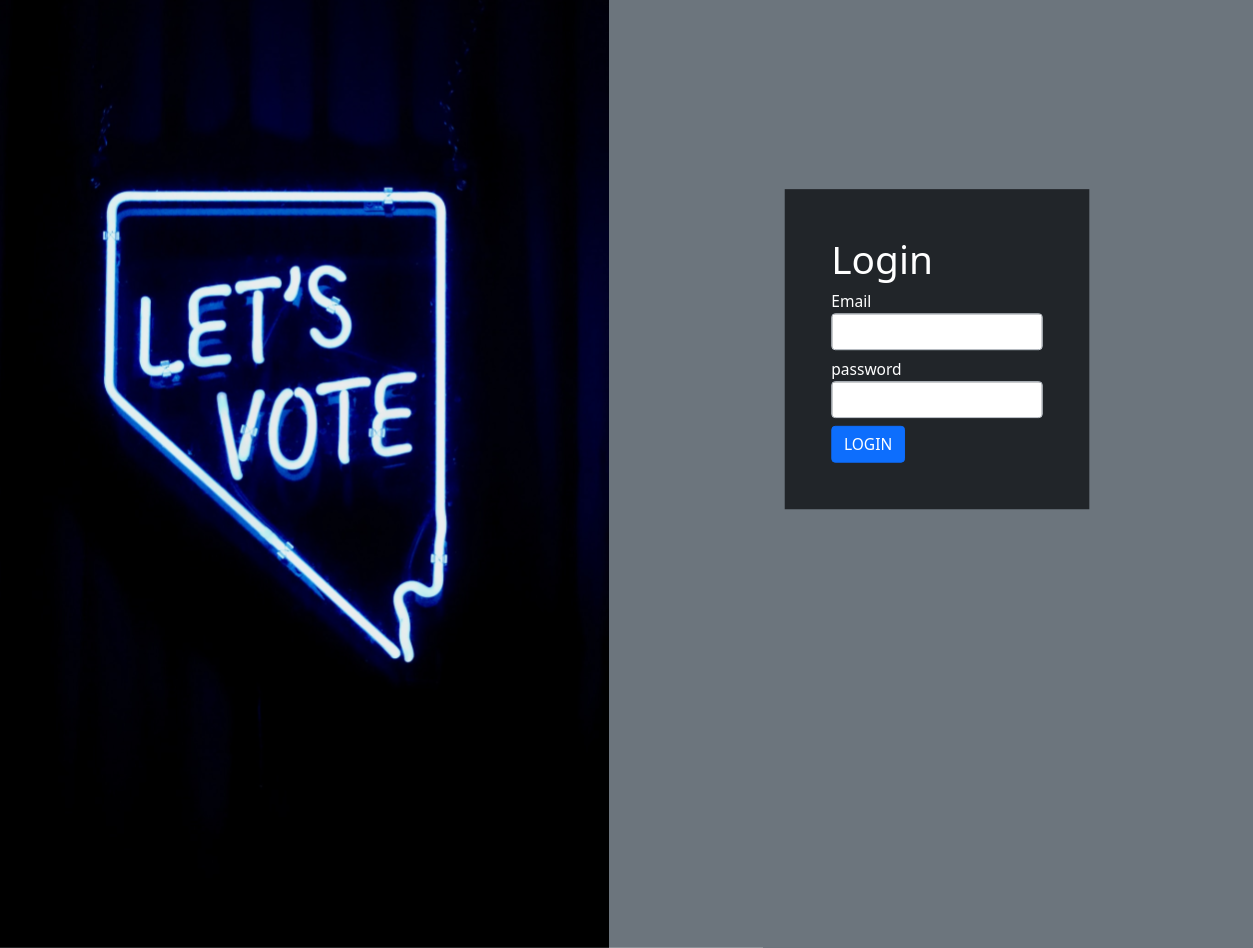
Repository: DavidManiIbrahim/Voting-app
Page: Login.html
The author's editor kept a copy of each file at every save. The page is drawn from the files as they stood at one save, then again after a run of saves.
The browser window is 1280 px wide. The page is 1292 px wide, so the pictures cover 1292 px, including what lies to the right of the window. The pictures show the whole page, at 97% of full size.

Above is the page before, as saved 2025-01-18 07:06:01.

After the next 6 saves:
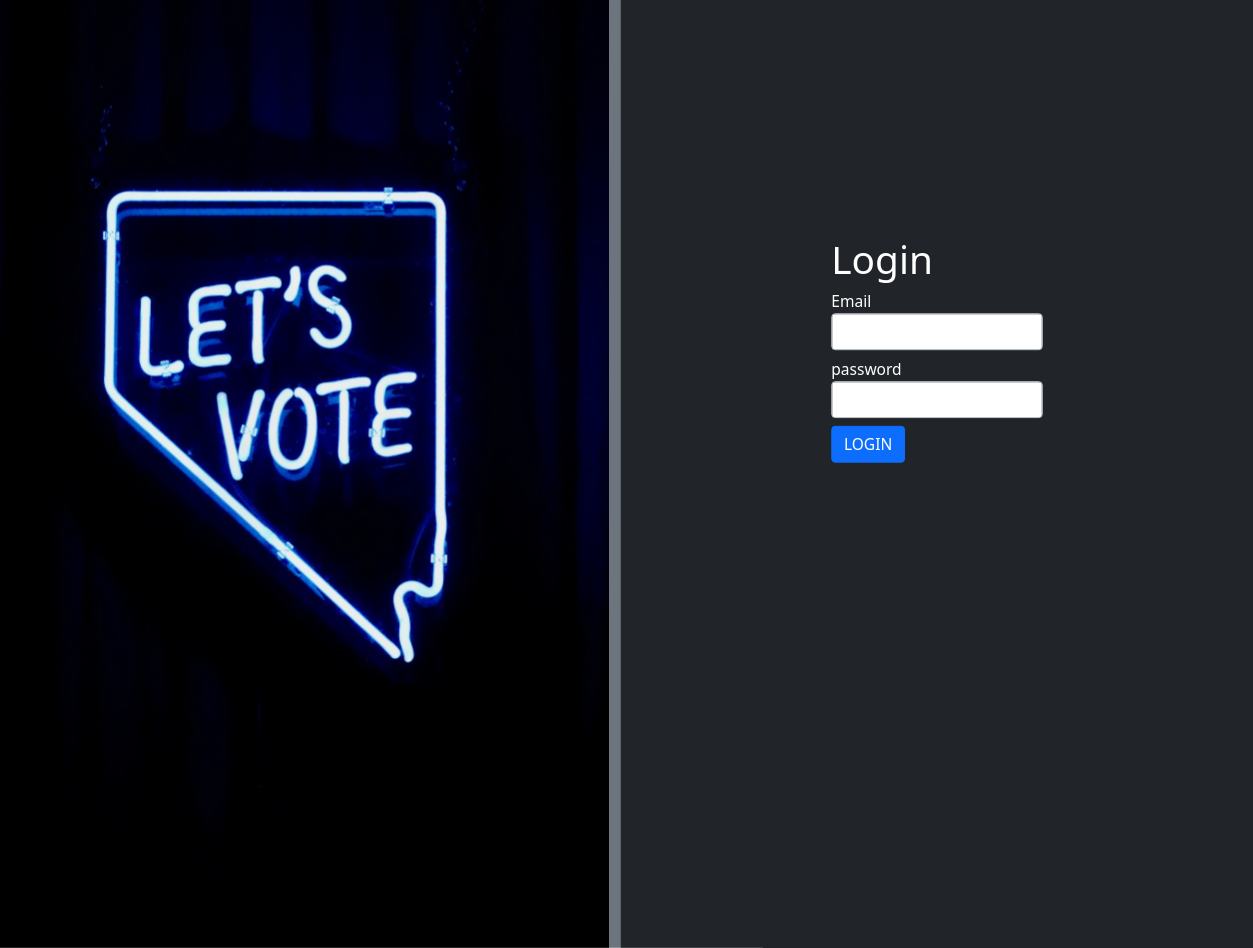
The 6 saves are shown as one change because they came seconds apart.
The last was saved 23 s later.
--- a/Login.html
+++ b/Login.html
@@ -19,8 +19,8 @@
     <div class="col-md  container-fluid">
         <img src="./unsplash_LA1VawaCjjI.svg" alt="login image" class=" img-fluid" width="100%">
     </div>
-    <div class="col-md text-white align-items-center">
-        <form action="" class="w-50 bg-dark p-5 m-auto ">
+    <div class="col-md text-white bg-dark align-items-center">
+        <form action="" class="w-50 p-5 m-auto ">
             <h1>Login</h1>
             <label for="email" class="form-label">Email  <br>
                 <input class="form-control" type="text">
